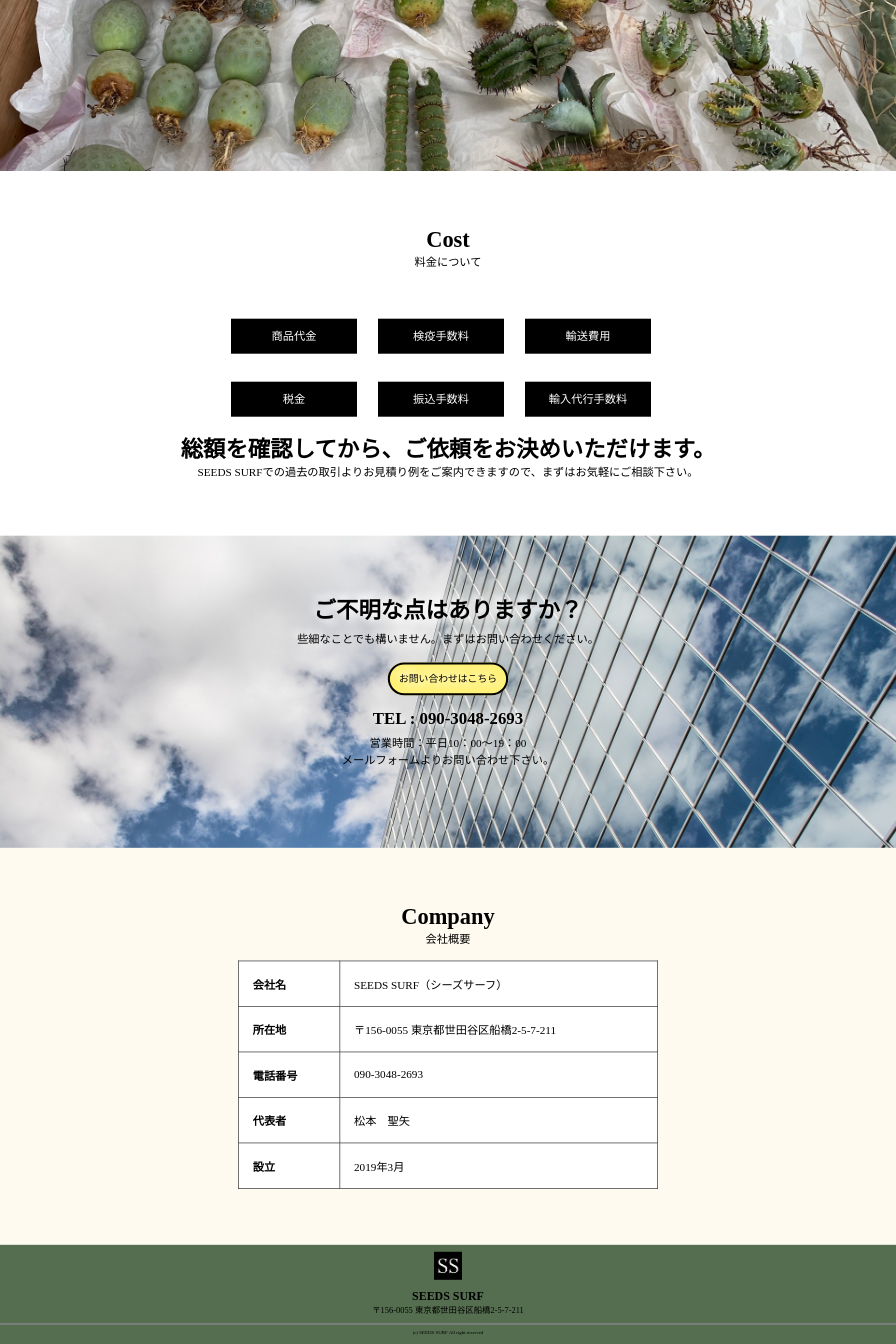
Repository: Seiya00002/seeds-surf-lp
Page: index.html
An editor plug-in stored every save of this project. The page is shown before and after the next save, followed by the edit.
The browser window is 1280 px wide. The pictures show the part of the page from y = 2296 to 4216 px (the page is 4216 px tall before and 4154 px after), at 70% of full size.

Above is the page before, as saved 2023-07-18 07:25:21.

### index.html
<!DOCTYPE html>
<html lang="ja">
<head>
    <meta charset="UTF-8">
    <meta http-equiv="X-UA-Compatible" content="IE=edge">
    <meta name="viewport" content="width=device-width, initial-scale=1.0">
    <title>輸入代行SEEDS SURF</title>
    <link rel="stylesheet" href="css/style.css">
</head>
<body>
    <header>
        <div class="header_left">
            <img src="img/sslogo.jpg"
                alt="logo"
                width="40"
                height="40"
                class="logo">
            <h1>希少植物・輸入代行</h1>

        </div>
        <!-- <div class="header_right">
            <img src="img/tel_logo.png"
                alt="tel_logo"
                width="35"
                height="35"
                class="tel_logo">
            <div class="header_contact">
                <h2>090-3048-2693</h2>
                <p>（平日9:00 ~ 18:00）</p>
            </div>
        </div> -->
    </header>

    <main>
        <div class="top_wrapper">
            <div class="container">
                <div class="hero_message">
                    <div class="calculation-app">
                        <h2>お見積り計算シュミレーション</h2>

                            <p>仕入れ先の地域を選択して下さい。</p>
                            <form name="form1">
                                <select name="place">
                                    <option value="1.2">北米</option>
                                    <option value="1.2">ヨーロッパ</option>
                                    <option value="1">アジア</option>
                                </select>
                            </form>

                            <p>箱のサイズの予想を選択して下さい。</p>
                            <form name="form2">
                                <select name="box">
                                    <option value="18350">15kg</option>
                                    <option value="13350">10kg</option>
                                    <option value="8150">5kg</option>
                                </select>
                            </form>
                            <p>およその商品代金を入力して下さい。</p>
                            <label>￥</label><input
                            type="text"
                            id="price"
                            value=""
                            placeholder="金額を入力して下さい"
                            maxlength="7"
                            size="19"
                            ></label>

                            <br>
                            <br>
                            <div class="btn-box">
                                <button id="button">計算Go!!</button>
                            </div>
                    </div>
                </div>
            </div>
        </div>


        <!-- 見積り表 -->
    <div id="estimate_table" class="estimate_wrapper">
        <div class="container">
            <h3>予想お見積り表</h3>
            <table align="center" class="estimate">
                <tr>
                    <th>商品代金</th>
                    <td>¥<span id="span2"></span></td>
                </tr>
                <tr>
                    <th>検疫手数料</th>
                    <td>¥<span id="span3"></span></td>
                </tr>
                <tr>
                    <th>送料</th>
                    <td>¥<span id="span4"></span></td>
                </tr>
                <tr>
                    <th>弊社代行手数料</th>
                    <td>¥<span id="span5"></span></td>
                </tr>
                <tr>
                    <th>海外送金手数料</th>
                    <td>¥<span id="span6"></span></td>
                </tr>
                <tr>
                    <th>税金</th>
                    <td>¥<span id="span7"></span></td>
                </tr>
                <tr>
                  <th class="total">合計</th>
                  <th class="total">¥<span id="span1"></span></th>
              </tr>
            </table>
            <h4>詳しくは下記の「Cost」欄をご覧下さい。</h4>
        </div>
    </div>






        <div class="top_message">
            <div class="container">
                <div class="message">
                    <h1>植物専門の輸入代行とは</h1>
                    <p>・観葉植物などで検疫やワシントン条約に関わる特殊なお手続きを代行いたします。<br>・言語や情報の壁のある現地業社との交渉から購買代行ご対応いたします。<br>・仕入れ先の現地の優良業社をご紹介いたします。</p>

                </div>
            </div>
        </div>
        <div class="project_wrapper">
            <div class="container">
                <div class="projects">
                    <div class="project">
                        <div class="project_icon">
                            <img src="img/project_imag1.jpg">
                            <h2>「迅速・柔軟サービス」</h2>
                        </div>
                        <p class="text_contents">フットワークの軽いスタッフが、柔軟にお客様のご要望にご対応いたします。大規模な商社では実現出来ないサービスをご提供いたします。</p>

                    </div>
                    <div class="project">
                        <div class="project_icon">
                            <img src="img/pro_airport.jpg">
                            <h2>「全世界対応」</h2>
                        </div>
                        <p class="text_contents">アジアから、欧州、北米を始めとし、その他オセアニア、南米、アフリカ地域と全地域ご対応出来ます。</p>

                    </div>
                    <div class="project">
                        <div class="project_icon">
                            <img src="img/project_img3.jpg">
                            <h2>「現地企業のご紹介サービス」</h2>
                        </div>
                        <p class="text_contents">私たちは信頼出来る良質な業者様とお付き合いがございます。そちらのご紹介も行っております。</p>
                    </div>
                        <div class="clear"></div>

                </div>
            </div>
        </div>
        <div class="service_wrapper">
            <div class="container">
                <div class="service_heading">
                    <h1>Frow</h1>
                    <p>輸入取引の流れ</p>
                </div>
                <div class="step">
                    <img src="img/person_img.png"
                    class="step_icon">
                    <div class="step_cont">
                        <h2>Step 1</h2>
                        <p>現地企業交渉</p>
                    </div>
                </div>
                <img src="img/down_img.png" class="step_icon2">

                <div class="step">
                    <img src="img/cal_img.png"
                    class="step_icon">
                    <div class="step_cont">
                        <h2>Step 2</h2>
                        <p>お見積り</p>
                    </div>
                </div>
                <img src="img/down_img.png" class="step_icon2">

                <div class="step">
                    <img src="img/bank_img.png"
                    class="step_icon">
                    <div class="step_cont">
                        <h2>Step 3</h2>
                        <p>お支払い</p>
                    </div>
                </div>
                <img src="img/down_img.png" class="step_icon2">
                <div class="step">
                    <img src="img/airp_imag.png"
                    class="step_icon">
                    <div class="step_cont">
                        <h2>Step 4</h2>
                        <p>発送</p>
                    </div>
                </div>
                <img src="img/down_img.png" class="step_icon2">
                <div class="step">
                    <img src="img/drivery_img.png"
                    class="step_icon">
                    <div class="step_cont">
                        <h2>Step 5</h2>
                        <p>お受取り</p>
                    </div>
                </div>
            </div>
        </div>

        <div class="slide_wrapper">
            <div id="slide" class="slideshow">
                <p class="disc">SEEDS SURF</p>
                <a class="arrow next" id="right" href="#"></a>
                <a class="arrow back" id="left" href="#"></a>
            </div>




        </div>
        <div class="cost_wrapper">
            <div class="container">
                <div class="cost_heading">
                    <h1>Cost</h1>
                    <p>料金について</p>
                </div>
                <div class="cost_cont">
                    <div class="list01">
                        <p>商品代金</p>
                    </div>
                    <div class="list01">
                        <p>検疫手数料</p>
                    </div>
                    <div class="list01">
                        <p>輸送費用</p>
                    </div>
                    <div class="list02">
                        <p>税金</p>
                    </div>
                    <div class="list02">
                        <p>振込手数料</p>
                    </div>
                    <div class="list02">
                        <p>輸入代行手数料</p>
                    </div>
                    <!-- <div class="clear"></div> -->
                </div>
                <div class="cost_message">
                    <h1>総額を確認してから、ご依頼をお決めいただけます。</h1>
                    <p>SEEDS SURFでの過去の取引よりお見積り例をご案内できますので、まずはお気軽にご相談下さい。</p>
                </div>
            </div>
        </div>
        <div class="contact_wrapper">
            <div class="container">
                <h1>ご不明な点はありますか？</h1>
                <p>些細なことでも構いません。まずはお問い合わせください。</p>
                <a href="https://seeds-surf.com/%e3%81%8a%e5%95%8f%e3%81%84%e5%90%88%e3%82%8f%e3%81%9b/" class="btn contact">お問い合わせはこちら</a>
                <h2>TEL : 090-3048-2693</h2>
                <p>営業時間：平日10：00〜19：00<br>メールフォームよりお問い合わせ下さい。</p>
            </div>
        </div>
        <div class="company_wrapper">
            <div class="container">
                <h1>Company</h1>
                <p>会社概要</p>
                <table align="center" class="company">
                    <tr>
                        <th>会社名</th>
                        <td>SEEDS SURF（シーズサーフ）</td>
                    </tr>
                    <tr>
                        <th>所在地</th>
                        <td>〒156-0055 東京都世田谷区船橋2-5-7-211</td>
                    </tr>
                    <tr>
                        <th>電話番号</th>
                        <td>090-3048-2693</td>
                    </tr>
                    <tr>
                        <th>代表者</th>
                        <td>松本　聖矢</td>
                    </tr>
                    <tr>
                        <th>設立</th>
                        <td>2019年3月</td>
                    </tr>
                </table>
            </div>
        </div>


    </main>

    <footer>
        <div class="container">
                <img src="img/sslogo.jpg"
                    alt="logo"
                    width="40"
                    height="40"
                    class="logo">
                <h1>SEEDS SURF</h1>
                <p>〒156-0055 東京都世田谷区船橋2-5-7-211</p>
                <hr color="gray">
                <small>(c) SEEDS SURF All right reserved</small>
        </div>
    </footer>

    <script src="./app.js"></script>
</body>
</html>

### css/style.css
/* all */
*{
    box-sizing: border-box;
    margin: 0;
    padding: 0;
}

h1 {
    font-family: 'Times New Roman', Times, serif;

}

h2 ,h3 ,p {
    font-family: 'Hiragino Sans';

}
/* header */

header {
    height: 70px;
    display: flex;
    align-items: center;
    position: absolute;
}

.header_left {
    display: flex;
}

.header_right {
    display: flex;
    margin: 0 0 0 auto;
}

.logo {
    margin: 10px 10px;
}

.tel_logo {
    margin: 20px 10px;
}

header h1 {
    font-size: 19px;
    padding: 18px 10px;
}

header h2 {
    font-size: 21px;
    padding: 15px 10px 0 0;
}

header p {
    padding-bottom: 10px;
}
.container {
    text-align: center;
    width: 100%;
}

/* main */

/* top */
.top_wrapper {
    background-image: url(../img/cream-spike.jpg);
    color: white;
    background-size: cover;
    width: 100%;
    height: auto;
}

.hero_message {
    font-size: 15px;
    color: black;
    height: 660px;
    min-width:100%;
    font-weight: bold;
    display: flex;
    justify-content: center;
    align-items: center;
    line-height: 2.5em;
    background: rgb(255, 255, 255,0.4);
}
.hero_message h2 {
    padding-bottom: 30px;
}

.top_message {
    background-color: rgb(85, 110, 80);
    color: white;
    padding: 30px 0;
}

.top_message p {
    padding-top: 20px;
    font-size: 17px;
    line-height: 1.6rem;
}

/* project_wrapper */
.project_wrapper {
    margin-bottom: 80px;
}

.project {
    float: left;
    width: 33%;
    padding: 20px 10px 20px 10px;
    height: 300px;

}

.project_icon {
    position: relative;

}

.project_icon h2 {
    position: absolute;
    top: 80px;
    width: 100%;
    color: white;
    font-weight: normal;

}


@media (max-width: 1000px) {
    .project {
        width: 50%;
    }
}

@media (max-width: 670px) {
    .project {
        width: 100%;
    }
}

.clear {
    clear: left;
}

/* service_wrapper */
.service_wrapper {
    background-color: #fffaf0;
    padding: 80px 0;
}

.service_heading {
padding-bottom: 50px;
}

.step {
    display: flex;
    justify-content: center;
    align-items: center;
    padding: 20px 0;

}

.step_cont {
    padding-left: 50px;
}

.step_icon {
    width: 70px;
    height: 70px;

}

.step_icon2 {
    width: 15px;
    height: 15px;

}

.step h2 {
    font-size: 14px;
}

.step p {
    font-size: 20px;
    padding-top: 13px;
}

/* cost_wrapper */
.cost_wrapper {
    padding: 80px 0;
}

.cost_cont {
    padding-top: 50px;
    width: 650px;
    margin: 0 auto;
    flex-wrap: wrap;
    display: flex;

}


.list01 {
    background-color: black;
    width: 180px;
    height: 50px;
    color: white;
    margin: 20px 15px;
    justify-content: center;
    padding-top: 12px;

}

.list02 {
    background-color: black;
    width: 180px;
    height: 50px;
    color: white;
    margin: 20px 15px;
    justify-content: center;
    padding-top: 12px;


}

@media (max-width: 670px) {
    .cost_cont h2 {
        width: 50%;
    }
}

/* contact_wrapper */
.contact_wrapper {
    background-image: url(../img/sky&office_img.jpeg);
    padding: 80px 0;
    background-size: cover;
    text-shadow: 6px 6px 10px white, -6px -6px 10px white;
    font-weight: 530;
}


.contact_wrapper p {
    padding:8px 0 35px 0;
}

.btn {
    width: 180px;
    height: 35px;
    padding: 13px;
    font-size: 14px;
    color: black;
    background-color:#fff176;
    border: black solid;
    border-radius: 24px;
    user-select: none;
    cursor: pointer;
    text-decoration: none;
}

.btn:hover {
    opacity: .7;
}

.contact_wrapper h2 {
    padding-top: 35px;
}

/* company_wrapper */
.company_wrapper {
    padding: 80px 0;
    background-color: #fffaf0;

}

.company_wrapper p {
    padding-bottom: 20px;
}

table.company {
    border-collapse: collapse;
    width: 600px;
    background-color: white;
    margin: auto;
}

th, td {
    border: solid 1px #333;
    padding: 20px;
}

.company th,td {
    text-align: left;
}


/* footer */

footer {
    background-color: rgb(85, 110, 80);
    color: black;
    padding-bottom: 10px;

}

footer h1 {
    font-size: 17px;
}

footer p {
    font-size: 12px;
    padding-bottom: 10px;
}
small {
    font-size: 7px;

}


/* slideshow 追加 */
.slide_wrapper{
    max-width: 100%;
    height: 400px;
    margin: auto;

}
/*画像配置*/
.slideshow{
    max-width: 100%;
    height: 100%;
    background-image: url(../img/import-img1.jpg);
    background-repeat: no-repeat;
    background-size: cover;
    background-position: 0% 50%;/*左 中央のよせ*/
}
/*文字*/
.disc{
    margin: auto;
    text-align: center;
    font-size: 3em;
    color: #ffffff;
    font-weight: 800;
    padding-top:5%;
}
/*>*/
.next{
    float: right;
    top: 0px;
    right: 50px;
}
/*<*/
.back{
    float: left;
    bottom: 0px;
    left: 30px;
}
/*矢印のデザイン*/
.arrow{
    position: relative;
    display: inline-block;
    padding: 0 0 0 16px;
    color: #000;
    vertical-align: middle;
    text-decoration: none;
    font-size: 15px;
}
.arrow::before,
.arrow::after{
    position: absolute;
    top: 0;
    bottom: 0;
    left: 0;
    margin: auto;
    content: "";
    vertical-align: middle;
}

.next::before{
    left: 0px;
    width: 30px;
    height: 30px;
    border-top: 5px solid rgb(255, 255, 255);
    border-right: 5px solid rgb(255, 255, 255);
    -webkit-transform: rotate(45deg);
    transform: rotate(45deg);
}
.back::before{
    left: 0px;
    width: 30px;
    height: 30px;
    border-bottom: 5px solid rgb(255, 255, 255);
    border-left: 5px solid rgb(255, 255, 255);
    -webkit-transform: rotate(45deg);
    transform: rotate(45deg);
}
/* CSSアニメーションの指定 */
.slideshow{
    transition: background-image 1s ease-in;
}

/* 計算シュミレーション追加 */
.btn-box button {
    width: 180px;
    height: 35px;
    padding: 6px;
    font-size: 14px;
    color: black;
    background-color:#fff176;
    border: black solid;
    border-radius: 24px;
    user-select: none;
    cursor: pointer;
  }

  .btn-box button:hover {
    opacity: .7;
  }


/* 見積り表追加 */
.estimate_wrapper {
    display: none;
    background-color: #fffaf0;
    padding: 40px 0;
}
.estimate_wrapper h3 {
    padding-bottom: 20px;
}
.estimate_wrapper h4 {
    padding-top: 20px;
}

table.estimate {
    border-collapse: collapse;
    width: 450px;
    background-color: white;
    margin: auto;
}

.estimate th{
    padding: 15px 20px;
    text-align: center;
}

.estimate td{
    text-align: center;
}

th.total {
    background: rgb(224, 224, 224);
}

.estimate_wrapper.appear {
    display: block;
    animation: .5s fadeIn;
  }

  @keyframes fadeIn {
    0% {
      opacity: 0;
      transform: translateY(-10px);
    }
    100% {
      opacity: 1;
      transform: none;
    }
  }




@media screen and (max-width:768px) {
  .slide-pic{
    height: 250px;
  }
    .disc{
        padding-top:5%;
    }
    /*>*/
    .next{
        top: 30px;
    }
    /*<*/
    .back{
        top: 30px;
    }
}

### app.js
window.onload =
function (){

    let images = [
        'url(./img/import-img1.jpg)',
        'url(./img/import-img2.jpg)',
        'url(./img/import-img3.jpg)'
    ]

    let target = document.querySelector('#slide');
    let right = document.querySelector('#right');
    let left = document.querySelector('#left');

    // 画像カウンター表示
    let count = 0;

    function change(){
        target.style.backgroundImage = images[count];
        if( count == 2){
            count = 0;
        } else {
            count++;
        }
    }

    function goNext(event) {
        event.preventDefault();
        change();
    }

    function goBack(event) {
        event.preventDefault();
        if( count == 0){
            count = 2;
        } else {
            count--;
        } change();
    }

    right.addEventListener( 'click', goNext, false);
    left.addEventListener( 'click', goBack, false);


setInterval(change, 3000);

};

// 計算シュミレーションapp

let button = document.getElementById("button");
button.onclick = clickBtn1;

function clickBtn1(){

    const place = document.form1.place;
    const box = document.form2.box;
    const price = document.getElementById('price');

    // 値(数値)を取得
    const num = place.selectedIndex;
    const boxnum = box.selectedIndex;

    // 値(数値)から値(value値)を取得
    let region = place.options[num].value;
    let boxPrice = box.options[boxnum].value;
    let plantsPriceString = price.value;

    let plantsPrice = parseInt(plantsPriceString, 10); // plantsPriceStringを数値に変換
    let boxPriceValue = parseInt(boxPrice, 10); // plantsPriceStringを数値に変換

    const phyto = 10000;
    let argent = plantsPrice * 0.2;
    let sendingMoneyNum = (plantsPrice + boxPriceValue) * 0.0073;
    let sendingMoney = Math.round(sendingMoneyNum);
    let tax = plantsPrice * 0.07;

    let taxValue = parseInt(tax, 10);
    let sendingMoneyNumValue = parseInt(sendingMoney, 10);

    let estimateNum = ( region * boxPrice) + (plantsPrice *0.2) + phyto + plantsPrice + sendingMoneyNumValue + taxValue;
    let plantsValue = plantsPrice.toLocaleString();
    let phytoFee = phyto.toLocaleString();
    let boxFee = boxPriceValue.toLocaleString();
    let argentFee = argent.toLocaleString();
    let sendingMoneyFee = sendingMoney.toLocaleString();
    let taxFee = tax.toLocaleString();
    let estimate = estimateNum.toLocaleString();

    document.getElementById("span1").textContent = estimate;
    document.getElementById("span2").textContent = plantsValue;
    document.getElementById("span3").textContent = phytoFee;
    document.getElementById("span4").textContent = boxFee;
    document.getElementById("span5").textContent = argentFee;
    document.getElementById("span6").textContent = sendingMoneyFee;
    document.getElementById("span7").textContent = taxFee;

  }

// 見積り表示切り替え
// const btn1 = document.getElementById('button');
// const estimateTable = document.getElementById('estimate_table');

// btn1.addEventListener('click', () => {
//     estimateTable.classList.toggle('estimate_wrapper');
// }, false);

const btn = document.getElementById('button')
btn.addEventListener('click', () => {
    const estimate_table = document.getElementById('estimate_table');
    estimate_table.classList.toggle('appear');

    if (btn.textContent == "計算Go!!") {
      btn.textContent = "閉じる";
    } else {
      btn.textContent = "計算Go!!";
    }
  });

After the next save:
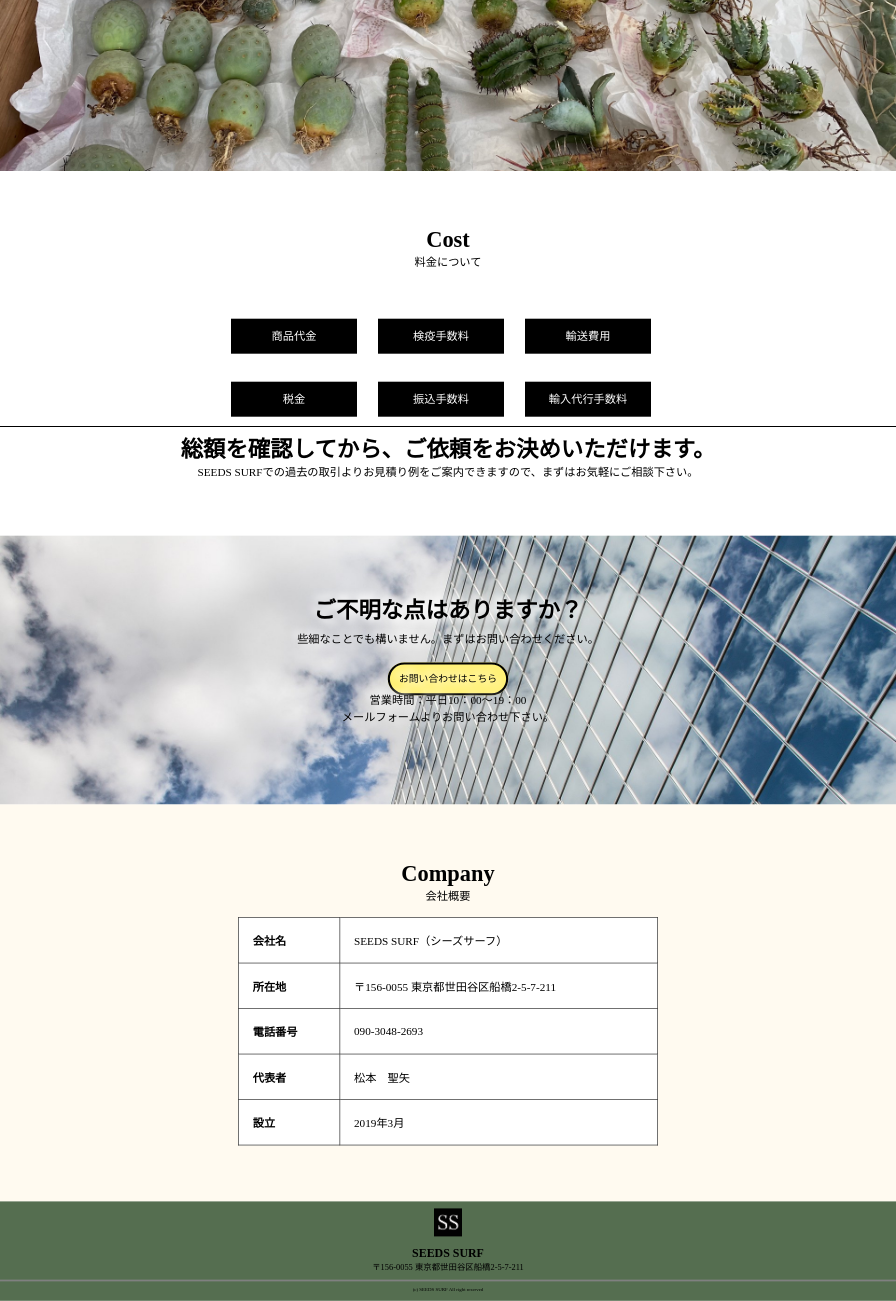
Saved 9 s later.
--- a/index.html
+++ b/index.html
@@ -263,7 +263,7 @@
                 <h1>ご不明な点はありますか？</h1>
                 <p>些細なことでも構いません。まずはお問い合わせください。</p>
                 <a href="https://seeds-surf.com/%e3%81%8a%e5%95%8f%e3%81%84%e5%90%88%e3%82%8f%e3%81%9b/" class="btn contact">お問い合わせはこちら</a>
-                <h2>TEL : 090-3048-2693</h2>
+                <!-- <h2>TEL : 090-3048-2693</h2> -->
                 <p>営業時間：平日10：00〜19：00<br>メールフォームよりお問い合わせ下さい。</p>
             </div>
         </div>
